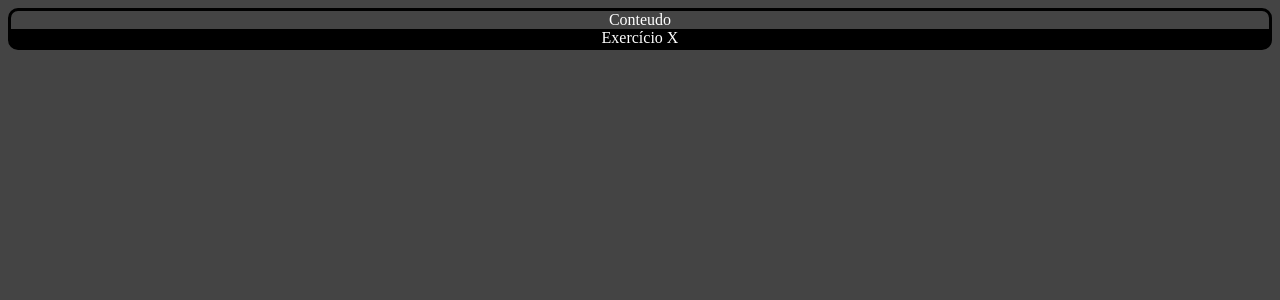
Repository: ClaytonEduard/fundamentos-react
Page: /
An editor plug-in stored every save of this project. The page is shown before and after the next save, followed by the edit.
The browser window is 1280 px wide. The pictures show the whole page.
The project was rebuilt for these pictures with package versions that can differ from the ones it lists, and the page was loaded fresh each time. Also part of the build but not shown: src/components/Primeiro.jsx, src/components/ComParametro.jsx, src/components/ComFilhos.jsx.

Above is the page before, as saved 2022-06-18 10:28:48.

### src/index.js
import './index.css';
import React from 'react';
import ReactDOM from 'react-dom';

// importando a function
import Primeiro from './components/Primeiro'
import ComParametro from './components/ComParametro';
import ComFilhos from './components/ComFilhos';
import Card from './components/layout/Card';

// iniciando a rederização
ReactDOM.render(
    <div>
        <Card titulo='Exercício X'>
            Conteudo
        </Card>
        {/* <ComFilhos>
            <ul>
                <li>Ana</li>
                <li>Bia</li>
                <li>Carlos</li>
                <li>Daniel</li>
            </ul>
        </ComFilhos> */}

        {/* <Primeiro />
        <ComParametro titulo="Esse é o titulo" subtitulo="subtitulo" /> */}

    </div>,
    document.getElementById('root')
)

### src/index.css
body {
    font-family: Oswald;
    font-weight: 300;
    font-size: 2rm;
    background-color: #444;
    color: #fff;
    text-align: center;
}

h1, h2 {
    font-weight: 300;
}

### src/components/layout/Card.jsx
import './Card.css'
import React from 'react'

// componete baseado em funcao
export default props =>
    // aplicando class CSS, no caso do React não se usa a class
    <div className="Card">
        <div className='Conteudo'>
            {props.children}
        </div>
        <div className='Footer'>
            {props.titulo}
        </div>
    </div>

### src/components/layout/Card.css
.Card {
    border: 3px solid #000;
    border-radius: 10px;
}

.Card .Footer {
    background-color: #000;
    color: #fff;
}
.Card .Footer {
    background-color: #000;
    color: #fff;
}

Loaded but not shown: public/index.html (common file)

After the next save:
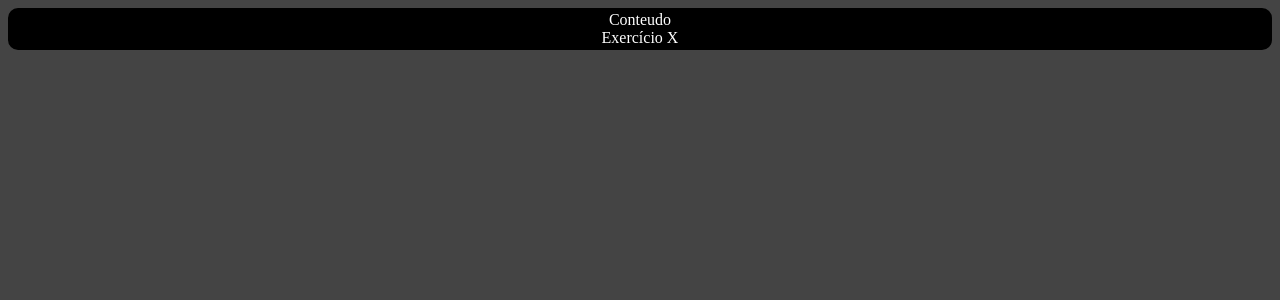
Saved 11 s later.
--- a/src/components/layout/Card.css
+++ b/src/components/layout/Card.css
@@ -3,7 +3,7 @@
     border-radius: 10px;
 }
 
-.Card .Footer {
+.Card .Conteudo {
     background-color: #000;
     color: #fff;
 }
